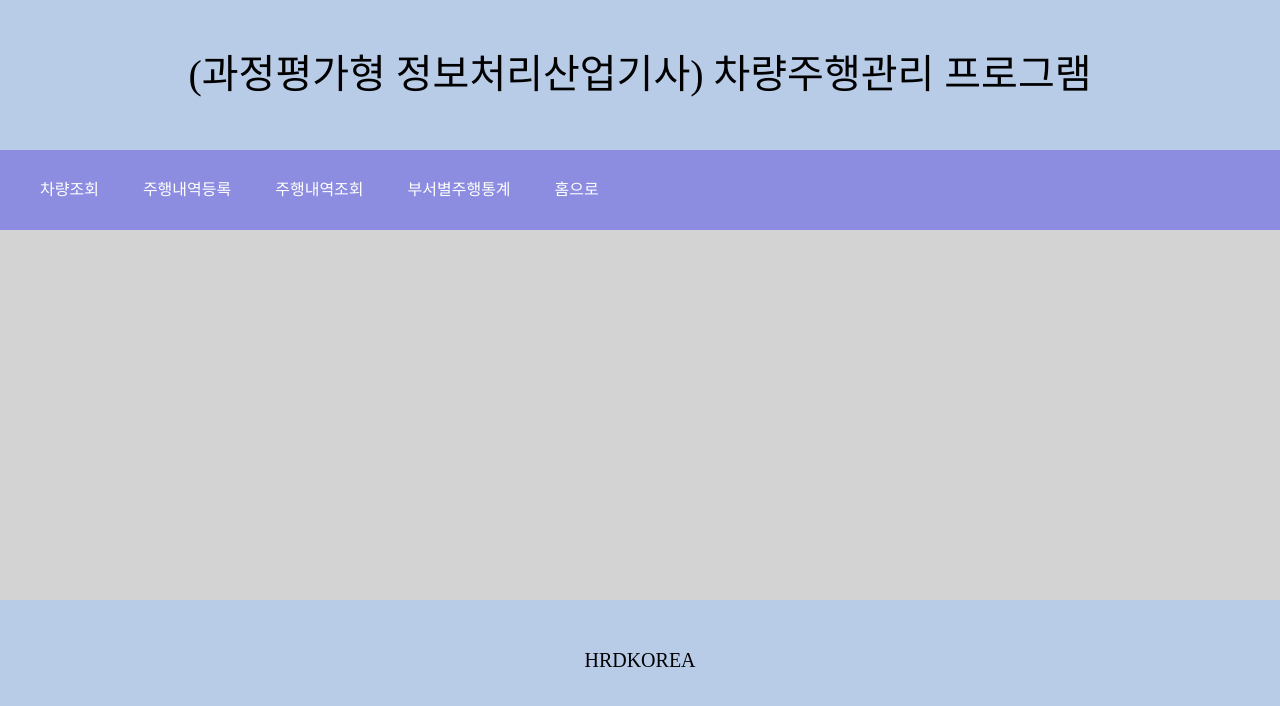
Repository: junhee97/-
Page: http://localhost/HRD_04/
These files come from the project's save history. The page is drawn as it stood at one moment and after the next save; the edit follows.
The browser window is 1280 px wide. The pictures show the whole page.
The page is served by Tomcat 9.

Above is the page before, as saved 2025-08-14 13:45:08.

After the next save:
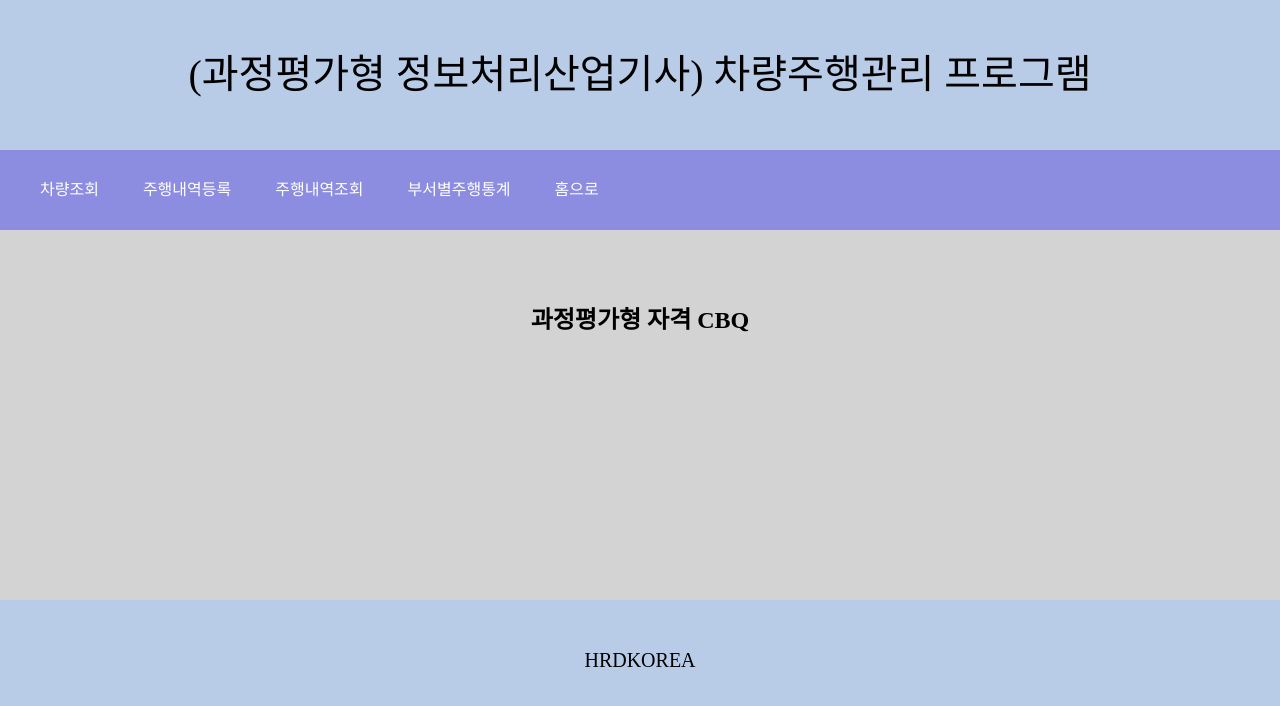
Saved 25 s later.
--- a/HRD_04/WebContent/index.jsp
+++ b/HRD_04/WebContent/index.jsp
@@ -11,6 +11,8 @@
 <jsp:include page="header.jsp"></jsp:include>
 
 <section style="position: fixed; top: 230px; left: 0px; width: 100%; height: 100%; background-color: lightgray;">
+<h2 style="text-align: center; padding-top: 50px;">과정평가형 자격 CBQ</h2>
+
 </section>
 
 <jsp:include page="footer.jsp"></jsp:include>
